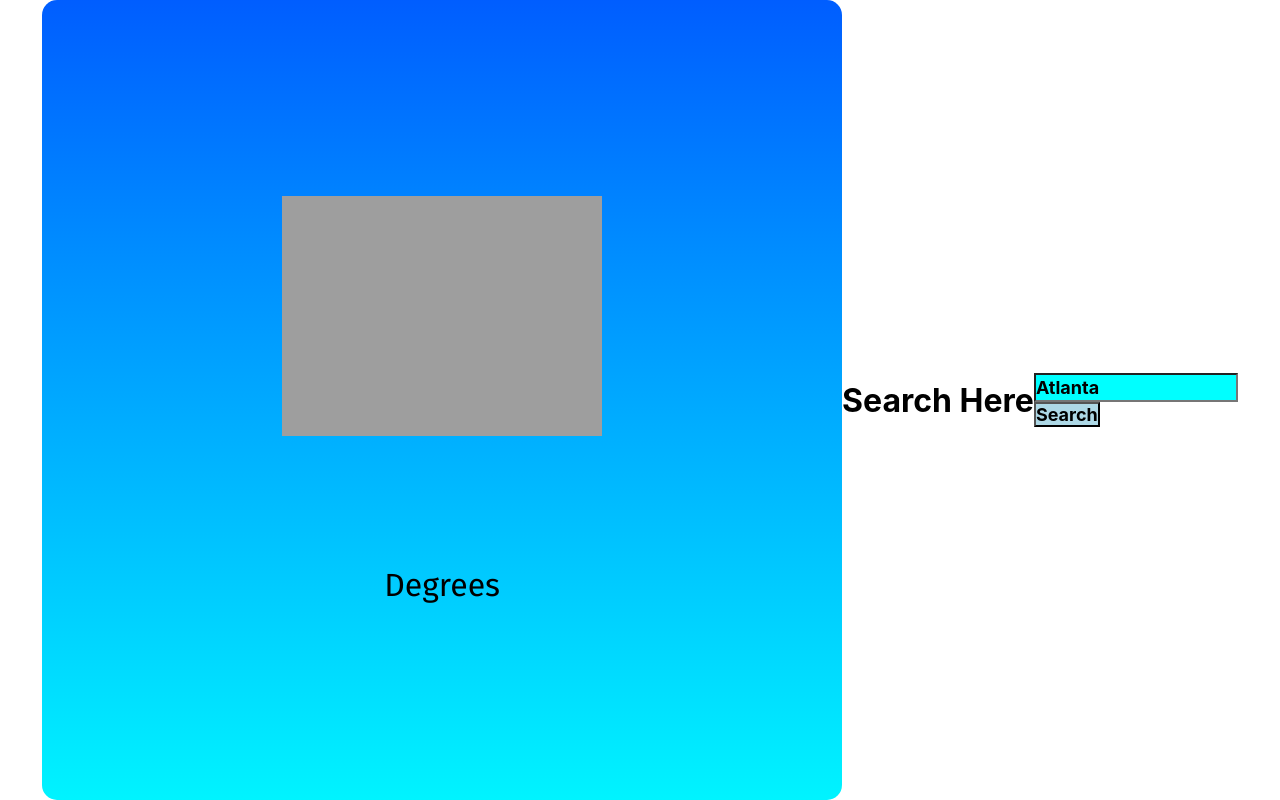
Repository: sayrilamar/chumsweatherapp
Page: /
These files come from the project's save history. The page is drawn as it stood at one moment and after the next save; the edit follows.
The browser window is 1280 px wide. The pictures show the whole page.
Pictures or frames that could not be fetched are drawn as grey boxes. The page's requests for data from a server got no answer. The project was rebuilt for these pictures with package versions that can differ from the ones it lists, and the page was loaded fresh each time. No one was signed in, and anything a server would have sent is missing.

Above is the page before, as saved 2020-04-18 17:00:09.

After the next save:
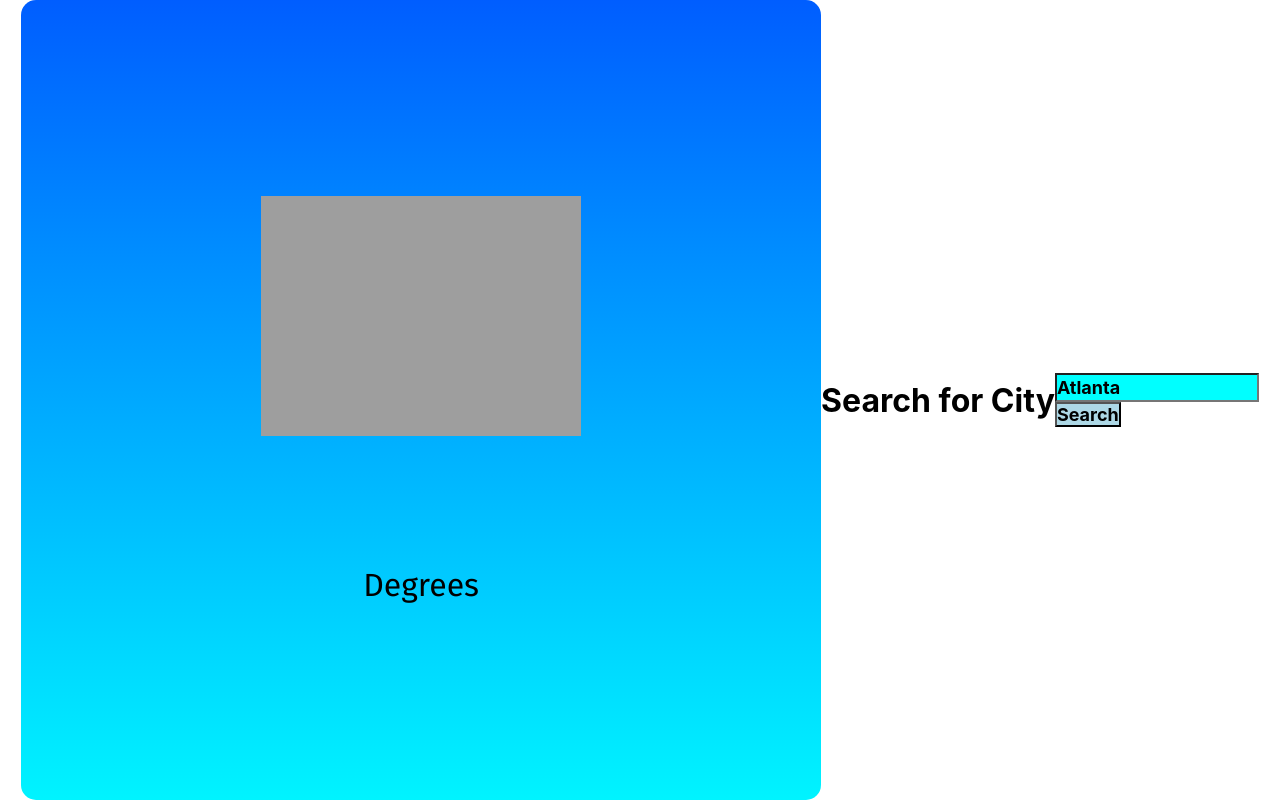
Saved 84 s later.
--- a/src/App.js
+++ b/src/App.js
@@ -40,7 +40,7 @@ function App() {
           state={weather.country}
           description={weather.description}/>
       </div>
-      <h1>Search Here</h1>
+      <h1>Search for City</h1>
       <form>
         <div>
           <input
